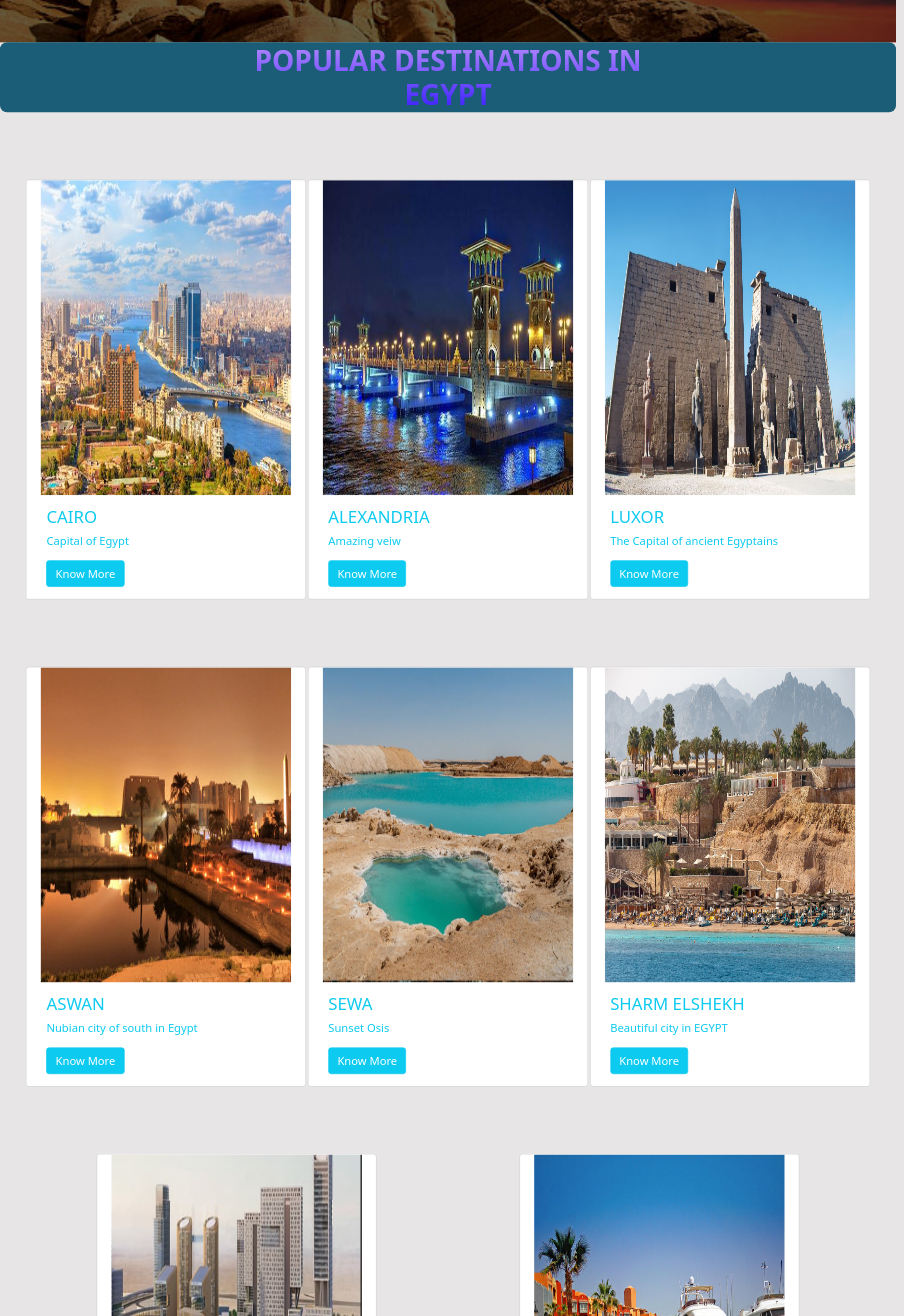
Repository: Ahmed123rezk123/P-temp
Page: index.html
These files come from the project's save history. The page is drawn as it stood at one moment and after a run of saves; the edit follows.
The browser window is 1280 px wide. The page is 1292 px wide, so the pictures cover 1292 px, including what lies to the right of the window. The pictures show the part of the page from y = 3389 to 5269 px (the page is 6226 px tall), at 70% of full size.
Backgrounds fixed to the window are drawn as part of the page.

Above is the page before, as saved 2024-02-18 13:02:04.

After the next 2 saves:
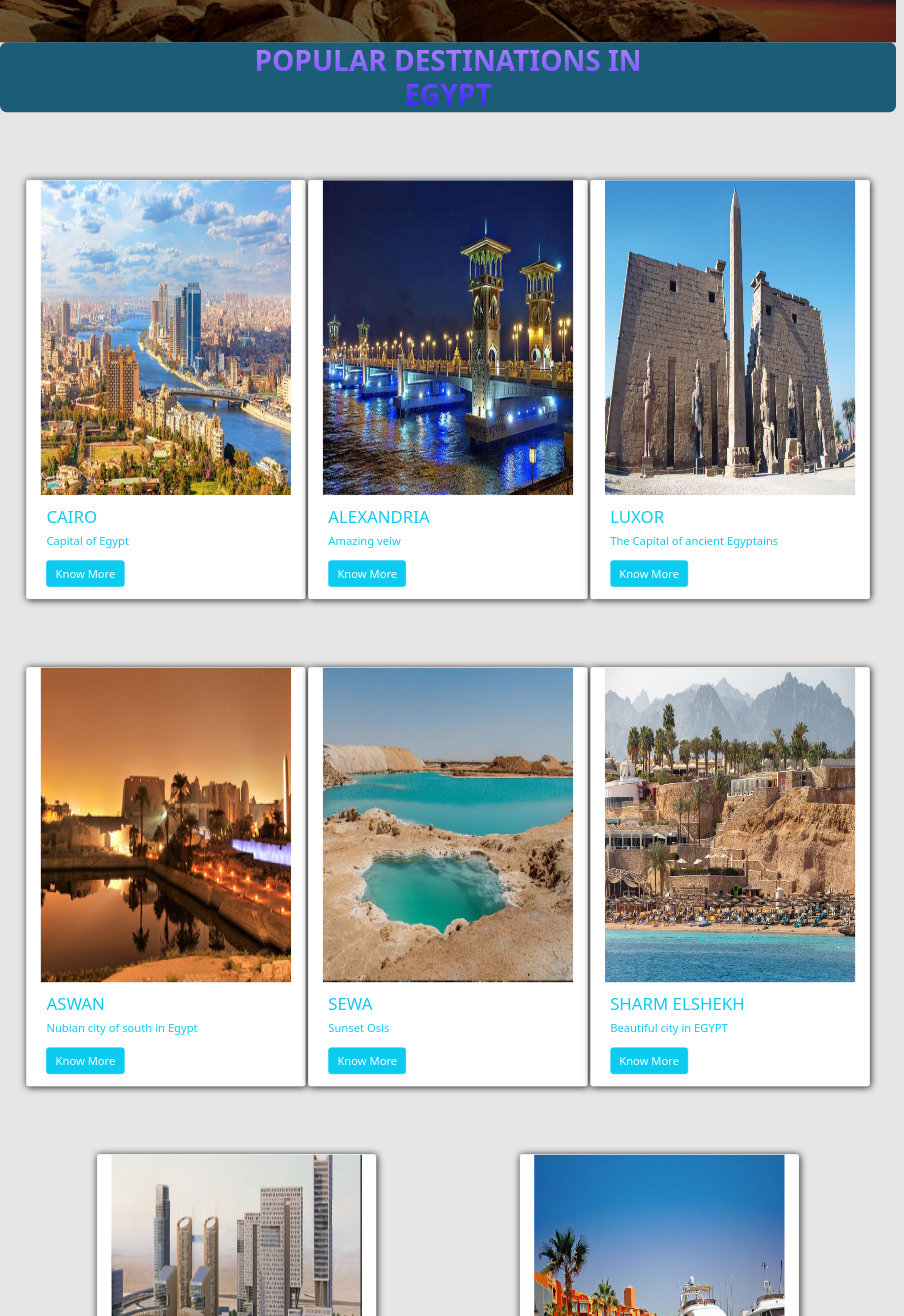
The 2 saves are shown as one change because they came seconds apart.
The last was saved 13 s later.
--- a/CSS/style.css
+++ b/CSS/style.css
@@ -298,7 +298,7 @@ background: -webkit-linear-gradient( #b387ff , rgb(57, 31, 255));
 /* End section 12 */
 /* Start section 13 */
   .section13 .card {
-    box-shadow: ;
+    box-shadow: 1px 1px 10px ;
   }
 
 /* End section 13 */
